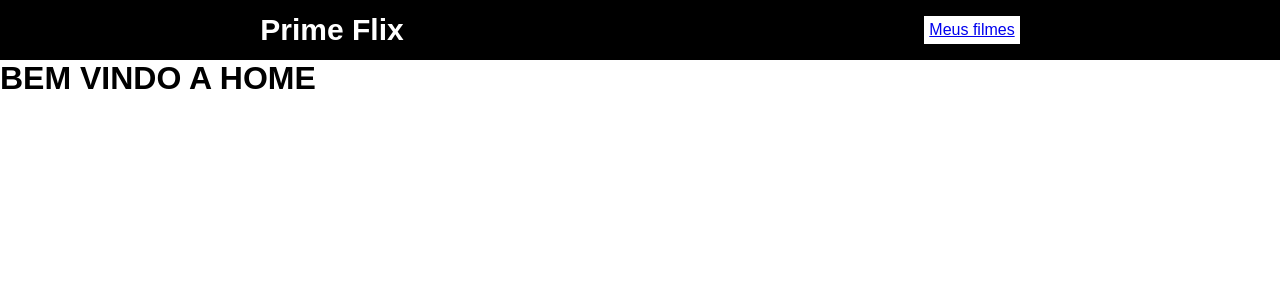
Repository: devsamuel23/primeflix_git
Page: /
The author's editor kept a copy of each file at every save. The page is drawn from the files as they stood at one save, then again after a run of saves.
The browser window is 1280 px wide. The pictures show the whole page.
The project was rebuilt for these pictures with package versions that can differ from the ones it lists, and the page was loaded fresh each time. Also part of the build but not shown: src/pages/Filme/index.js.

Above is the page before, as saved 2023-05-19 15:17:30.

### src/index.css
*{
  padding: 0;
  margin: 0;
  box-sizing: border-box;
}
body{
  font-family: sans-serif;
}

.app{
  display: flex;
  width: 100%;
  justify-content: center;
  align-items: center;
  flex-direction: column;
}

### src/App.js
import RoutesApp from "./routes";

function App() {
  return (
  <div className="App">
    <RoutesApp/>
    </div>
    );
}

export default App;

### src/routes.js
import { BrowserRouter, Routes, Route } from "react-router-dom";


import Home from './pages/Home'

import Filme from "./pages/Filme";
import Header from "./components/Header";
function RoutesApp(){
    return (
      <BrowserRouter>
      <Header/>
        <Routes>
          <Route path="/" element={<Home />} />
          <Route path="/filme/:id" element={<Filme />} />
        </Routes>
      </BrowserRouter>
    );
}

export default RoutesApp;

### src/pages/Home/index.js
function home(){
    return(
        <div>
            <h1>BEM VINDO A HOME</h1>
        </div>
    )
}

export default home;

### src/components/Header/index.js
import { Link } from "react-router-dom";
import "./header.css"
function Header(){
    return(
        <header>
            <Link className="logo" to="/">Prime Flix</Link>
            <Link className="favoritos" to="/favoritos">Meus filmes</Link>
        </header>
    )
}

export default Header;

### src/components/Header/header.css
header{
    display: flex;
    align-items: center;
    justify-content: space-around;
    width: 100%;
    height: 60px;
    background-color: #000000;
}

.logo{
    text-decoration: none;
    font-size: 30px;
    cursor: pointer;
    color: #fff;
    font-weight: bold;
}
.favoritos{
    cursor: pointer;
    background-color: #fff;
    padding: 5px ;
}

Loaded but not shown: public/index.html (common file); src/index.js (common file)

After the next 2 saves:
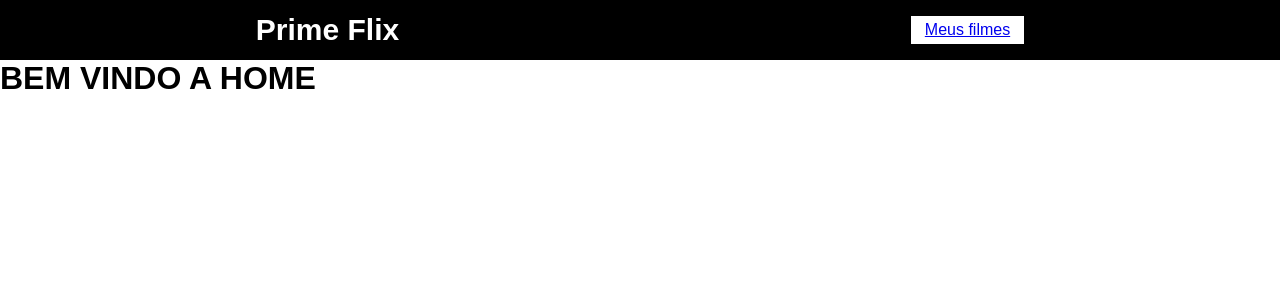
The 2 saves are shown as one change because they came seconds apart.
The last was saved 52 s later.
--- a/src/components/Header/header.css
+++ b/src/components/Header/header.css
@@ -17,5 +17,5 @@ header{
 .favoritos{
     cursor: pointer;
     background-color: #fff;
-    padding: 5px ;
+    padding: 5px 14px;
 }
